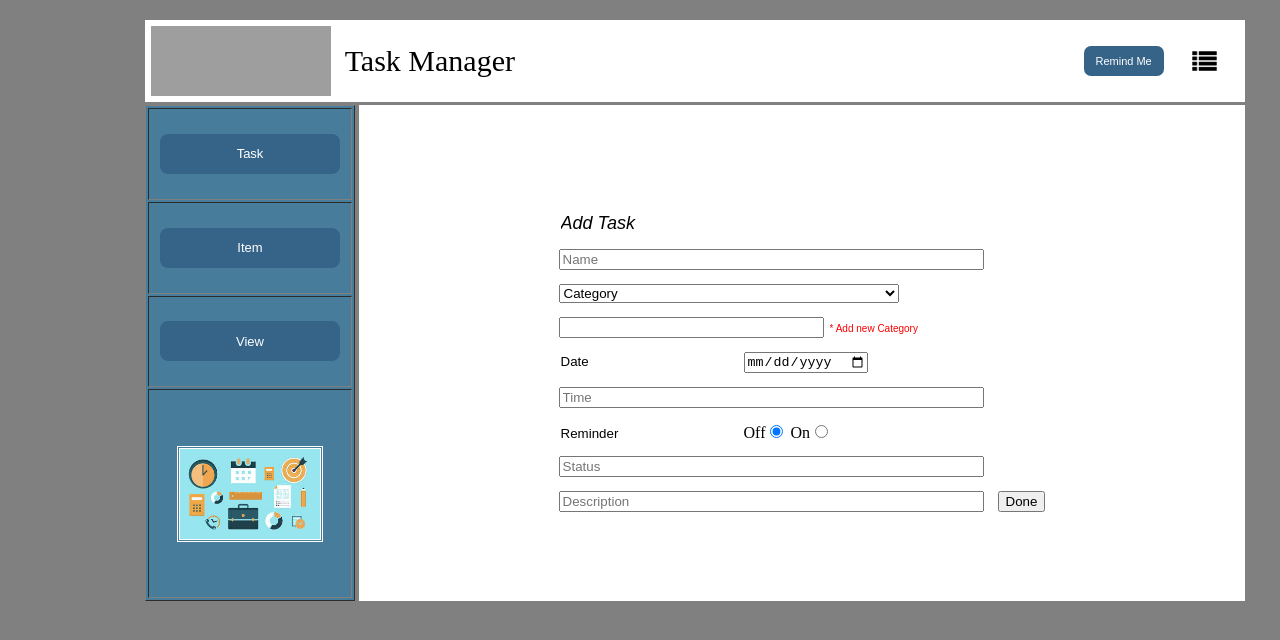
Repository: SnehaSalvi/TaskManagerProject
Page: http://localhost/TaskManagerChecklist/AddTask.jsp
An editor plug-in stored every save of this project. The page is shown before and after the next save, followed by the edit.
The browser window is 1280 px wide. The pictures show the whole page.
Pictures or frames that could not be fetched are drawn as grey boxes. The page is served by Tomcat 9.

Above is the page before, as saved 2016-10-14 09:04:31.

After the next save:
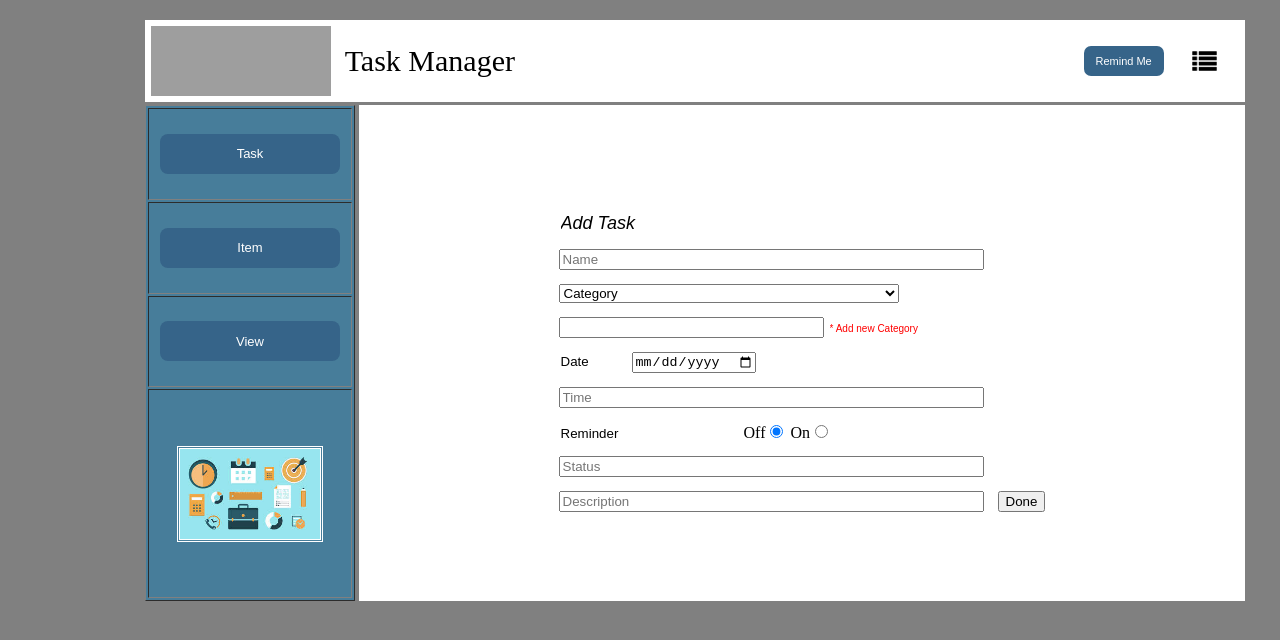
Saved 44 s later.
--- a/TaskManagerChecklist/WebContent/AddTask.jsp
+++ b/TaskManagerChecklist/WebContent/AddTask.jsp
@@ -93,7 +93,7 @@
 								</tr>
 								<tr>
 									<td colspan="2">
-										<input type="label" id="label2" name="newdate" value="Date" required="required"/>
+										<input type="label" id="label2" name="newdate" value="Date" size="6" required="required"/>
 										<input type="date" name="date">
 									</td>
 								</tr>
--- a/TaskManagerChecklist/WebContent/home.css
+++ b/TaskManagerChecklist/WebContent/home.css
@@ -163,7 +163,7 @@ tr
 #label2
 {
 	border: none;
-	size: 5px;
+
 }
 #div3
 {
